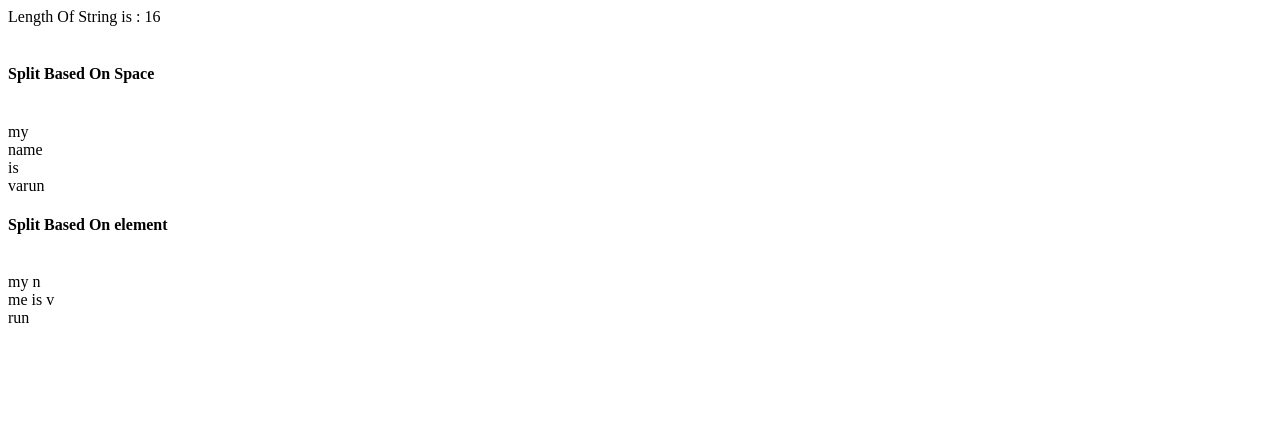
Repository: Kvarun0/JSP_JSTL_SERVLET
Page: http://localhost/C_Jsp_With_Jstl_Basic/jsp_jstl_function.jsp
The author's editor kept a copy of each file at every save. The page is drawn from the files as they stood at one save, then again after the next save.
The browser window is 1280 px wide. The pictures show the whole page.
The page is served by Tomcat 9.

Above is the page before, as saved 2023-02-03 16:17:56.

After the next save:
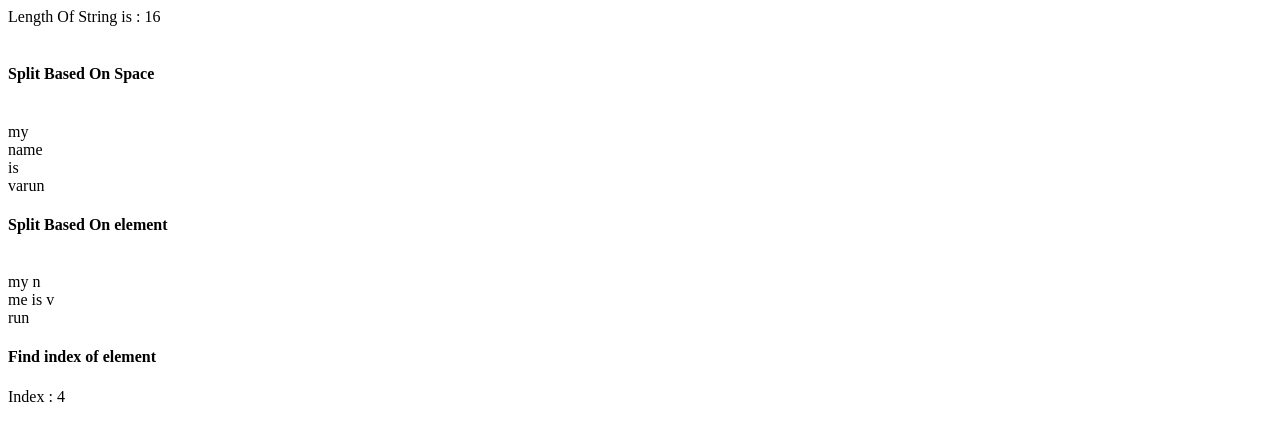
Saved 3 min 11 s later.
--- a/C_Jsp_With_Jstl_Basic/WebContent/jsp_jstl_function.jsp
+++ b/C_Jsp_With_Jstl_Basic/WebContent/jsp_jstl_function.jsp
@@ -36,6 +36,9 @@
 	</c:forEach>
 
 
+	<!-- For Finding Index -->
+	<h4>Find index of element</h4>
+	Index : ${fn:indexOf(st,"a")}
 
 </body>
 </html>
